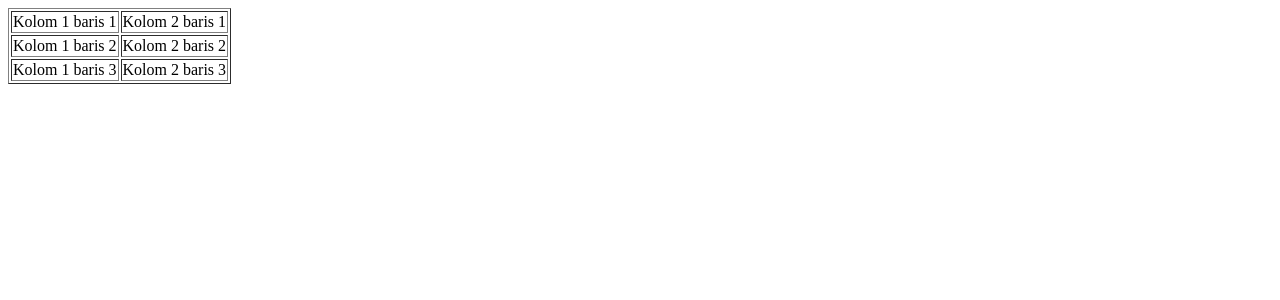
Repository: Fadli55/Pertemuan-4
Page: challenge_24116230.html
These files come from the project's save history. The page is drawn as it stood at one moment and after the next save; the edit follows.
The browser window is 1280 px wide. The pictures show the whole page.

Above is the page before, as saved 2026-04-16 01:26:14.

After the next save:
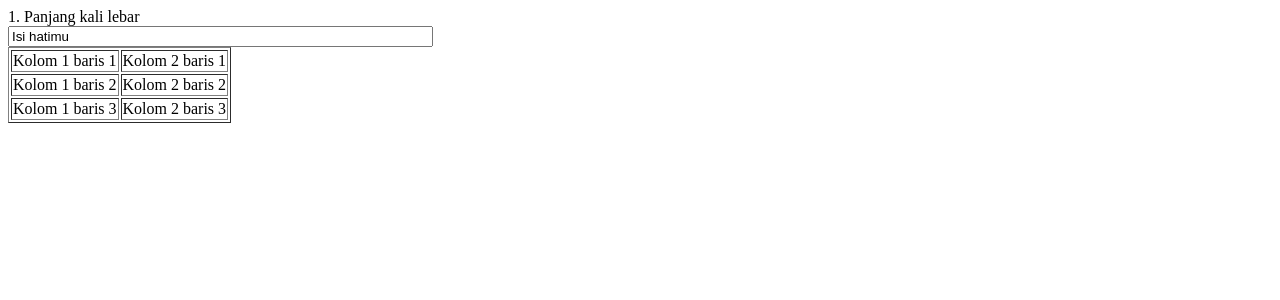
Saved 6 min 15 s later.
--- a/challenge_24116230.html
+++ b/challenge_24116230.html
@@ -19,6 +19,9 @@
             <td>Kolom 1 baris 3</td>
             <td>Kolom 2 baris 3</td>
         </tr>
+
+        1. Panjang kali lebar <br>
+        <input type="text" value="Isi hatimu" size="50"> <br>
     </table>
 </body>
 </html>
